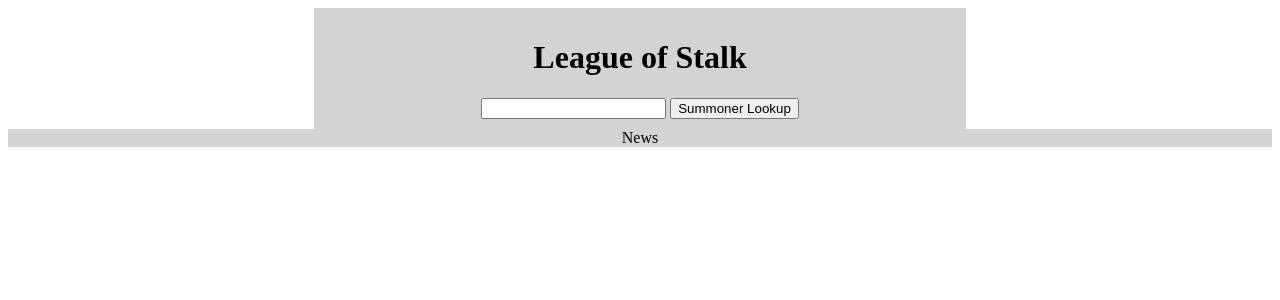
Repository: Dreifingerjpey/TestLos
Page: http://localhost/LeagueOfStalk/
An editor plug-in stored every save of this project. The page is shown before and after the next save, followed by the edit.
The browser window is 1280 px wide. The pictures show the whole page.
The page is served by Tomcat 9. Other server files are loaded and not shown.

Above is the page before, as saved 2017-08-05 10:36:38.

### Eclipse/LeagueOfStalk/WebContent/index.jsp
<%@ page language="java" contentType="text/html; charset=ISO-8859-1"
    pageEncoding="ISO-8859-1"%>
<!DOCTYPE html PUBLIC "-//W3C//DTD HTML 4.01 Transitional//EN" "http://www.w3.org/TR/html4/loose.dtd">
<html>

<head>
	<jsp:include page="CSS/Style.css"/>
	<link rel="stylesheet" href="${pageContext.request.contextPath}/CSS/Style.css" />
	<meta http-equiv="Content-Type" content="text/html; charset=ISO-8859-1">
	<title>League of Stalk</title>
</head>

<body >
	<div class="input">
		<h1>League of Stalk</h1>
			<div align="center">
				<form  action="SummonerLookup">
				<input type="text" name="summoner">
				<input type="submit" value="Summoner Lookup"/>
			</div>
		</form>
	</div>
	<div class="frontpage">News</div>
</body>
</html>

### Eclipse/LeagueOfStalk/WebContent/CSS/Style.css
<!DOCTYPE html>
<html>
<head>
<style>
	body {
	    background-color: white;
	}

	.input{
		background-color: lightgrey;
		margin: auto;
		text-align: center;
		width: 50%;
		padding: 10px;
	}
	.profile{
		display: block;
	    margin: auto;
	    width: 50%;
		text-align: center;
		width: 50%;
		background-color: lightgrey;
	}
	.frontpage{
	background-color: lightgrey;
	text-align: center;
	}
	h1{

	}
	h2{

	}

</style>
</head>
<body>

</body>
</html>

After the next save:
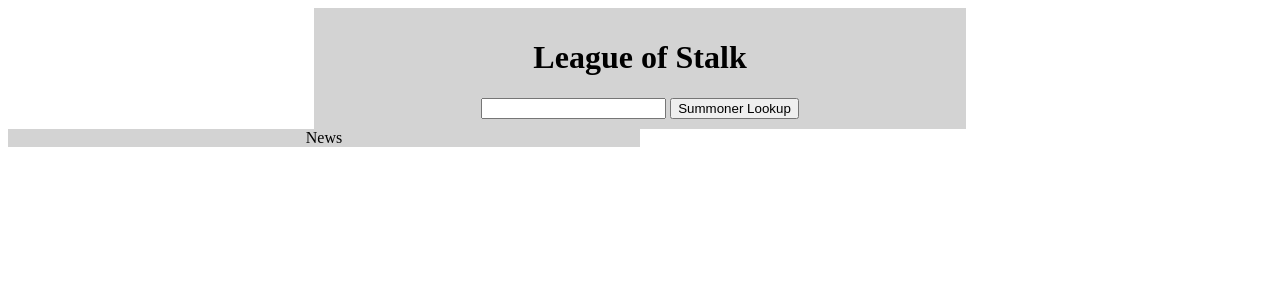
Saved 11 s later.
--- a/Eclipse/LeagueOfStalk/WebContent/CSS/Style.css
+++ b/Eclipse/LeagueOfStalk/WebContent/CSS/Style.css
@@ -18,12 +18,12 @@
 	    margin: auto;
 	    width: 50%;
 		text-align: center;
-		width: 50%;
 		background-color: lightgrey;
 	}
 	.frontpage{
 	background-color: lightgrey;
 	text-align: center;
+	width: 50%;
 	}
 	h1{
 
